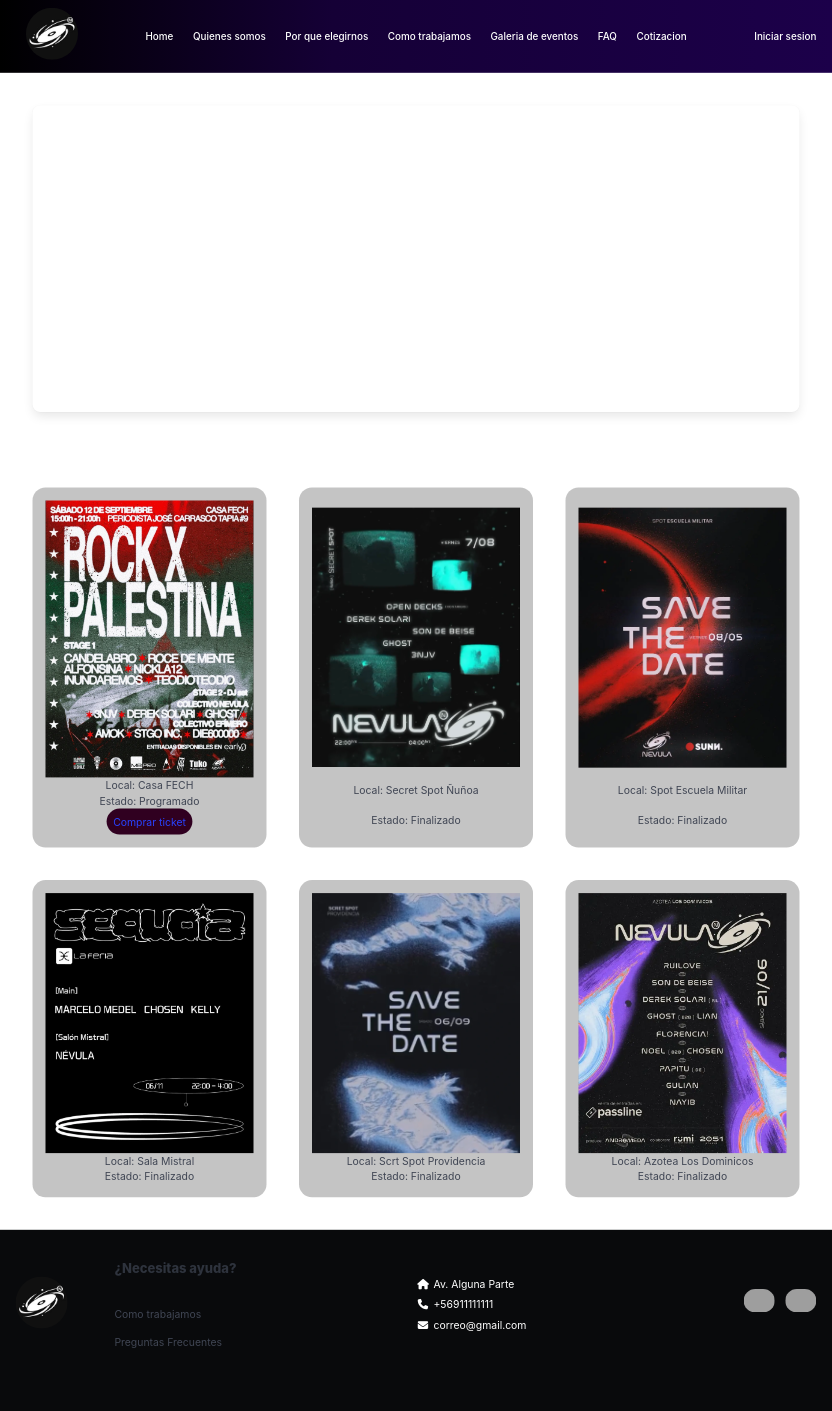
Repository: ChrisMalhue/PaginaNebula
Page: pages/eventos.html
These files come from the project's save history. The page is drawn as it stood at one moment and after the next save; the edit follows.
The browser window is 1280 px wide. The pictures show the whole page, at 65% of full size.
Pictures or frames that could not be fetched are drawn as grey boxes.

Above is the page before, as saved 2026-09-09 22:09:08.

### pages/eventos.html
<!DOCTYPE html>
<html lang="es">
<head>
    <meta charset="UTF-8">
    <meta name="viewport" content="width=device-width, initial-scale=1.0">
    <title>Eventos</title>
    <link rel="stylesheet" href="../styles/style.css">
    <link rel="stylesheet" href="https://cdn.jsdelivr.net/npm/bulma@1.0.4/css/bulma.min.css">
    <link rel="stylesheet" href="https://cdnjs.cloudflare.com/ajax/libs/font-awesome/6.5.1/css/all.min.css">
</head>
<body>
    <header id ="header"></header>

    <section id="trabajamos">

        <div class="trabajamos-item box mb-4">
                <p class="trabajamos-respuesta is-size-4 has-text-white">
                    En Nevula no improvisamos el viaje: cada evento parte con una órbita clara. Escuchamos tu idea, entendemos la energía que buscas y armamos el set pensando en tu público, no en una fórmula genérica. Llegamos con anticipación, probamos cada equipo y nos aseguramos de que todo esté listo para el despegue. Desde la primera conversación hasta el último track, trabajamos codo a codo contigo para que tu fiesta llegue nítida, potente y sin turbulencias.
                    <br>
                    <br>
                    Nuestro proceso es simple y directo:
                    <br>
                    <br>
                    1) Conocemos tu evento — hablamos contigo sobre el estilo, el público y la vibra que buscas.
                    <br>
                    2) Preparamos el set — seleccionamos música pensada exclusivamente para esa noche.
                    <br>
                    3) Llegamos antes — instalamos y probamos el equipo con tiempo de sobra.
                    <br>
                    4) Hacemos que la fiesta vuele — nos entregamos 100% para que la energía no baje hasta el final.
                </p>
        </div>
    </section>

    <section id="fotos">
        <div>
            <img src="/images/evento6.webp" alt="Evento 6">
            <p>Local: Casa FECH</p>
            <p>Estado: Programado</p>
            <a href="https://pro.byearly.com/"><button>Comprar ticket</button></a>
        </div>

        <div>
            <img src="/images/evento5.webp" alt="Evento 5">
            <p>Local: Secret Spot Ñuñoa</p>
            <p>Estado: Finalizado</p>
        </div>

        <div>
            <img src="/images/evento4.webp" alt="Evento 4">
            <p>Local: Spot Escuela Militar</p>
            <p>Estado: Finalizado</p>
        </div>

        <div>
            <img src="/images/evento3.webp" alt="Evento 3">
            <p>Local: Sala Mistral</p>
            <p>Estado: Finalizado</p>
        </div>

        <div>
            <img src="/images/evento2.webp" alt="Evento 2">
            <p>Local: Scrt Spot Providencia</p>
            <p>Estado: Finalizado</p>
        </div>

        <div>
            <img src="/images/evento1.webp" alt="Evento 1">
            <p>Local: Azotea Los Dominicos</p>
            <p>Estado: Finalizado</p>
        </div>
    </section>

        <section class="agregar box mt-4" id="agregar-evento">
        <div class="contenedor-agregar">

            <div class="campos-inputs">
                <div class="field">
                    <label class="label">Local del evento</label>
                    <div class="control">
                        <input class="input" type="text" id="local_evento" placeholder="Escribe aquí">
                    </div>
                </div>

                <div class="field">
                    <label class="label">Estado</label>
                    <div class="control">
                        <div class="select">
                            <select id="estado_evento">
                                <option value="Programado">Programado</option>
                                <option value="Finalizado">Finalizado</option>
                            </select>
                        </div>
                    </div>
                </div>

                <div class="field">
                    <label class="label">Imagen del evento</label>
                    <div class="control">
                        <input class="input" type="text" id="imagen_evento" placeholder="Pega el link aquí">
                    </div>
                </div>

                <div class="field">
                    <label class="label">Link para comprar entradas</label>
                    <div class="control">
                        <input class="input" type="text" id="link_evento" placeholder="Solo si está Programado">
                    </div>
                </div>
            </div>

            <div class="boton-contenedor">
                <button type="button" class="button is-primary" onclick="agregarEvento()">Agregar Evento</button>
            </div>

        </div>
    </section>
    <footer id="footer-container"></footer>
</body>
<script src="../scripts/script.js"></script>
</html>

### styles/style.css
@import "https://cdn.jsdelivr.net/npm/bulma@1.0.4/css/bulma.min.css";

.custom-navbar {
  /* Lienas encargadas del degradado */
  background: linear-gradient(to right, #000000 0%, #150036 40%, #1c004a 100%) !important;
  width: 100%;
  padding-right: 1.5rem;;
}

header{
  position: sticky;
  top: 0;
  z-index: 100; /* Esto es para que el header siempre quede al frente y no se bugee la pag al scrollear hacia abajo */
}

/* Forzar que las columnas de nebula ocupen todo el ancho */
.custom-navbar .container.columns {
  display: flex !important;
  width: 100%;
  max-width: 100% !important;   /* Esta linea salvo la pagina, estaba mal el header y con esto se centro bien*/
}

/* Seccion del logo a continuacion */

.logo-seccion {
  flex-shrink: 0; /* El shrink hace que el logo no se achique */
  margin-left: 40px;
}

.logo-texto {
  color: #ffffff !important;
  font-size: 1.3rem;
  font-weight: bold;
  display: flex;
  align-items: center;
  gap: 10px;
}

.andlogo{
  width: 80px;
  border-radius: 500px;
}

.menu-seccion {
  display: flex !important;
  justify-content: center !important;
  align-items: center !important;
  flex-grow: 1; /* Esto hace que ocupe todo el espacio entre los links */
  gap: 30px;    /* esto es para el espacio horizontal */
}

.nav-link {
  color: #ffffff !important;
  text-decoration: none;
  font-size: 0.95rem;
  font-weight: 500;
  padding: 5px 0;
  transition: color 0.3s ease;
  white-space: nowrap; /* esto evita que lo largo se separe en 2 lineas */
}

/* Body comienza aqui abajo*/

/* Contenedor, video y texto*/

/* Contenedor: centrado vertical en vez de flex-start, se ve más equilibrado */
.contenedor{
  display: flex;
  align-items: center;
  min-height: 800px;
  gap: 40px;
  padding-top: 60px;
  padding-bottom: 60px;
  background: linear-gradient(to bottom, #000000 0%, #1c004a 35%, #1b0036 70%, #690046 100%) !important;
}

/* Vídeo */
.video-box{
  background-size: cover;
  background-position: center;
  width: 50%;
  height: 700px;
  margin-left: 40px;
  border-radius: 90px;
}

/* Texto alineado a la izquierda, con ancho máximo para que no se disperse */
.texto-box{
  display: flex;
  align-items: flex-start;
  flex-direction: column;
  gap: 24px;
  max-width: 550px;
  padding-right: 40px;
}

/* Título Nevula */
.texto-box h1{
  color: #ffffff;
  font-weight: 700;
  font-size: clamp(2.5rem, 5vw, 4rem);
  letter-spacing: 4px;
  text-transform: uppercase;
  margin: 0;
}

/* Primer párrafo */
.texto-box p {
  color: rgba(255, 255, 255, 0.75);
  font-size: 1.05rem;
  line-height: 1.7;
  margin: 0;
}

/* Segundo párrafo */
.texto-box p:last-of-type {
  color: #ffffff;
  font-weight: 600;
  font-size: 1.15rem;
}

/* Elegirnos */
#elegirnos h2{
  text-align: center;
  margin-top: 20px;
  color: #020202;
  font-weight: 700;
  font-size: clamp(2.5rem, 5vw, 4rem);
  letter-spacing: 4px;
  text-transform: uppercase;
}

#elegirnos-grid{
  display: grid;
  flex-wrap: wrap;
  grid-template-columns: 1fr 1fr 1fr;
  column-gap: 50px;
  row-gap: 50px;
  margin: 50px;
}

#elegirnos-grid img{
  width: 130px;
}

#elegirnos-grid div{
  display: flex;
  flex-direction: column;
  justify-content: space-around;
  align-items: center;
  background-color: #3636364b;
  border-radius: 20px;
  padding: 20px;
}

/* Historial de Eventos */
#fotos{
  display: grid;
  flex-wrap: wrap;
  grid-template-columns: 1fr 1fr 1fr;
  column-gap: 50px;
  row-gap: 50px;
  margin: 50px;
}

#fotos div{
  display: flex;
  flex-direction: column;
  justify-content: space-around;
  align-items: center;
  background-color: #3636364b;
  border-radius: 20px;
  padding: 20px;
}

#fotos div:hover{
  color: white;
  background-color: #240049ab;
  transition: 0.3s;
}

#fotos div button{
  background-color: #300020;
  padding: 10px;
  border-radius: 20px;
}

#fotos div button:hover{
  background-color: #5c003d;
  transition: 0.3s;
}

.trabajamos-item{
  width: 1500px;
}

#trabajamos{
  display: flex;
  align-items: center;
  justify-content: center;
  padding: 50px;
}

.trabajamos-respuesta{
  text-align: justify;
}

/* CSS de footer */
.footer{
  padding: 40px 20px;
}

.andlogo{
  max-width: 120px;
  height: auto;
}

.gap-2{
  gap: 8px;
}

.gap-3{
  gap: 16px;
}

/* Media queries */
@media screen and (max-width: 768px) {
.footer .columns {
  flex-direction: column;
  align-items: center;
  text-align: center;
}



.footer .column {
  margin-left: 0 !important;
  margin-bottom: 1.5rem;
  width: 100%;
}



.footer .is-flex {
  justify-content: center !important;
}

}

### scripts/script.js
// Header

function inyectarHeader(){

    document.getElementById("header").innerHTML = `
    <nav class="custom-navbar py-3">
        <div class="container columns is-vcentered is-mobile m-0">

            <!-- Sección 1: Logotipo (Izquierda) -->
            <section class="column is-narrow p-0 logo-seccion">
                <h1 class="logo-texto">
                  <a href="/index.html">
                    <img class="andlogo" src="/images/logo.webp">
                  </a>
                </h1>
            </section>

            <!-- Sección 2: Enlaces (Centro) -->
            <section class="column is-flex is-justify-content-center p-0 menu-seccion">
                <a class="nav-link is-active" href="../index.html">Home</a>
                <a class="nav-link" href="../index.html#quienes">Quienes somos</a>
                <a class="nav-link" href="../index.html#elegirnos">Por que elegirnos</a>
                <a class="nav-link" href="../pages/eventos.html#trabajamos">Como trabajamos</a>
                <a class="nav-link" href="../pages/eventos.html#fotos">Galeria de eventos</a>
                <a class="nav-link" href="../pages/faqcotiza.html#faq">FAQ</a>
                <a class="nav-link" href="../pages/faqcotiza.html#cotizacion">Cotizacion</a>
            </section>

            <section class="sin_cuenta">
              <a class="nav-link" href="../pages/inicio_secion.html">Iniciar sesion</a>
            </section>

            <section class="con_cuenta">
              <button onclick="cerrarSesion()">Cerrar sesion</button>
            </section>


        </div>
    </nav>`;

    // Aqui vemos si hay alguna sesion creada para despues mosrtar el boton que toque
    const estaLogueado = localStorage.getItem("logueado") === "true";
    const sinCuenta = document.querySelector(".sin_cuenta");
    const conCuenta = document.querySelector(".con_cuenta");

    if (estaLogueado) {
        sinCuenta.style.display = "none";
        conCuenta.style.display = "flex";
    } else {
        sinCuenta.style.display = "flex";
        conCuenta.style.display = "none";
    }

}

// Funciones medias

function recibirDatos(event) {
    event.preventDefault(); // Evita que la página se recargue y se pierda la información

    // Muestra el cuadro nativo con tu mensaje personalizado
    alert("Recibimos tu solicitud, te contactaremos en breve.");

    // Deja todos los campos del formulario completamente vacíos
    event.target.reset();
}

function recibirDatosLogin(event) {
    event.preventDefault();

    const usuarioValido = "admin";
    const contrasenaValida = "1234";

    const form = event.target;
    const usuarioIngresado = document.getElementById("usuario").value;
    const contrasenaIngresada = document.getElementById("contrasena").value;

    if (usuarioIngresado === usuarioValido && contrasenaIngresada === contrasenaValida) {
        localStorage.setItem("logueado", "true");
        window.location.href = "../index.html";
    } else {
        alert("Usuario o contraseña incorrecto");
    }
}

function cerrarSesion() {
    localStorage.removeItem("logueado");
    window.location.href = "../index.html";
}

// Footer

function inyectaFooter(){

  const footerHTML = `
    <footer class="footer has-background-black has-text-white">
    <div class="columns is-vcentered is-justify-content-space-between">
      <div class="column is-narrow">
        <a href="/index.html">
          <img class="andlogo" src="/images/logo.webp">
        </a>
      </div>
      <div class="column is-narrow ml-6">
        <p class="title is-5">¿Necesitas ayuda?</p>
        <br>
        <p class="subtitle is-6"><a class="has-text-current" href="/pages/eventos.html">Como trabajamos</a></p>
        <p class="subtitle is-6"><a class="has-text-current" href="/pages/faqcotiza.html">Preguntas Frecuentes</a></p>
      </div>

      <div class="column is-flex is-justify-content-flex-end">
        <div class="is-flex is-flex-direction-column gap-2">
          <span class="icon-text">
            <span class="icon"><i class="fa-solid fa-house"></i></span>
            <span>Av. Alguna Parte</span>
          </span>
          <span class="icon-text">
            <span class="icon"><i class="fa-solid fa-phone"></i></span>
            <span>+56911111111</span>
          </span>
          <span class="icon-text">
            <span class="icon"><i class="fa-solid fa-envelope"></i></span>
            <span>correo@gmail.com</span>
          </span>
        </div>
      </div>
      <div class="column is-flex is-justify-content-flex-end">
        <div class="is-flex is-flex-direction-row is-align-items-center gap-3">
          <a href="https://www.instagram.com/nevula.scl/" target="_blank">
            <figure class="image is-48x48">
              <img class="is-rounded" src="https://encrypted-tbn0.gstatic.com/images?q=tbn:ANd9GcR8HUwsS-_LkMQoYL66F7AUH5X4HwhDjzCNMg-_jlvPxQ&s=10" />
            </figure>
          </a>
          <a href="https://www.youtube.com/channel/UCa-jOKgfq2FLccvHXteRdpQ" target="_blank">
            <figure class="image is-48x48">
              <img class="is-rounded" src="https://www.icosix.com/uploads/icons/2025/09/youtube.png" />
            </figure>
          </a>
        </div>
      </div>
    </div>
  </footer>`;

  const container = document.getElementById('footer-container');
  if (container) {
    container.innerHTML = footerHTML;
  }
}

// Funcion de eventos

function agregarEvento() {

    const local = document.getElementById("local_evento").value;
    const estado = document.getElementById("estado_evento").value;
    const imagen = document.getElementById("imagen_evento").value;
    const link = document.getElementById("link_evento").value;

    // Validacion de campos vacios
    if (!local || !imagen) {
        alert("Por favor completa el local y la imagen del evento.");
        return;
    }

    if (estado === "Programado" && !link) {
        alert("Los eventos Programados necesitan un link para comprar entradas.");
        return;
    }

    const contenedorFotos = document.getElementById("fotos");

    // Parecido al trabajo de cartas, se crea el contenedor
    const nuevoEvento = document.createElement("div");

    // el boton de comrpa se muestra solo si el estado agregado es programado
    const botonHTML = estado === "Programado"
        ? `<a href="${link}" target="_blank"><button>Comprar ticket</button></a>`
        : "";

    nuevoEvento.innerHTML = `
        <img src="${imagen}" alt="${local}">
        <p>Local: ${local}</p>
        <p>Estado: ${estado}</p>
        ${botonHTML}
    `;

    contenedorFotos.prepend(nuevoEvento);

    // Limpiamos el formulario
    document.getElementById("local_evento").value = "";
    document.getElementById("imagen_evento").value = "";
    document.getElementById("link_evento").value = "";
}

function controlarVistaAdmin() {
    const estaLogueado = localStorage.getItem("logueado") === "true";
    const seccionAgregar = document.getElementById("agregar-evento");

    if (seccionAgregar) {
        seccionAgregar.style.display = estaLogueado ? "block" : "none";
    }
}

inyectaFooter();
inyectarHeader();
controlarVistaAdmin();

After the next save:
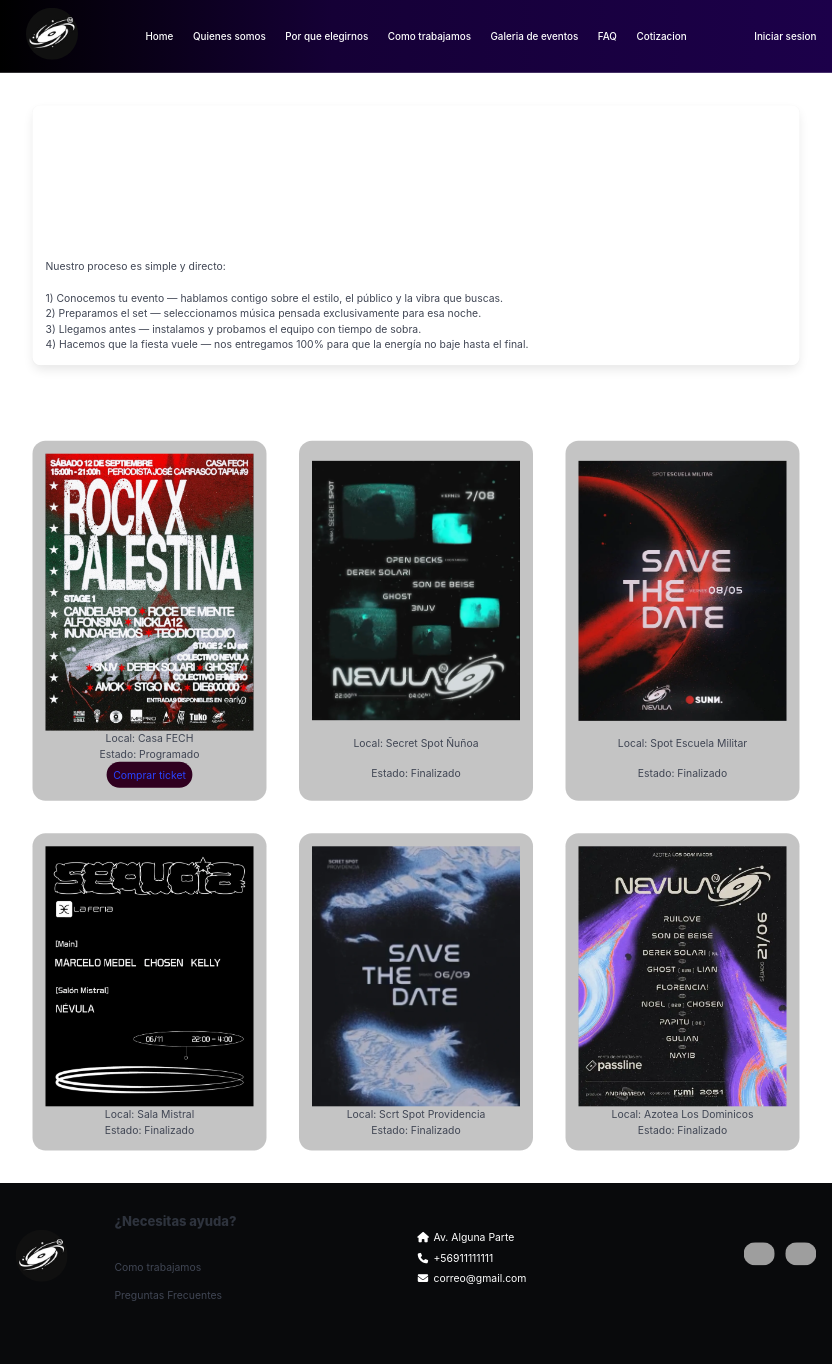
Saved 80 s later.
--- a/pages/eventos.html
+++ b/pages/eventos.html
@@ -18,6 +18,7 @@
                     En Nevula no improvisamos el viaje: cada evento parte con una órbita clara. Escuchamos tu idea, entendemos la energía que buscas y armamos el set pensando en tu público, no en una fórmula genérica. Llegamos con anticipación, probamos cada equipo y nos aseguramos de que todo esté listo para el despegue. Desde la primera conversación hasta el último track, trabajamos codo a codo contigo para que tu fiesta llegue nítida, potente y sin turbulencias.
                     <br>
                     <br>
+                    <p class="trabajamos-respuesta2">
                     Nuestro proceso es simple y directo:
                     <br>
                     <br>
